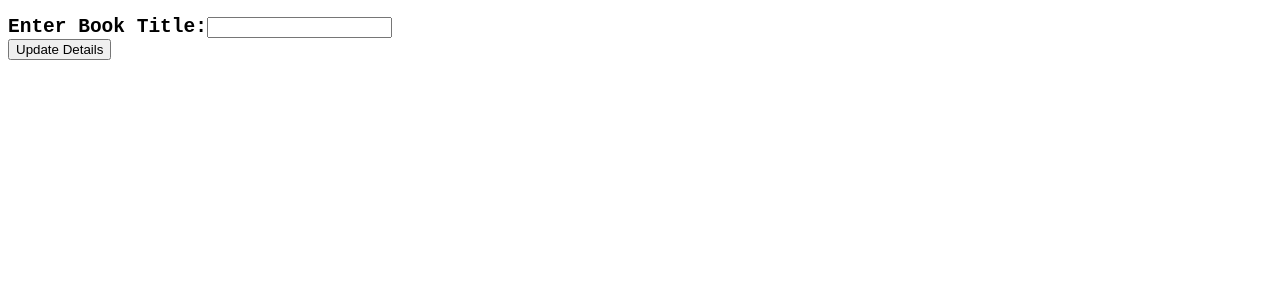
Repository: Bhakti-Belan/Web_Based_Java_Assignment
Page: http://localhost/Online_Bookshop/updateBook.jsp
An editor plug-in stored every save of this project. The page is shown before and after the next save, followed by the edit.
The browser window is 1280 px wide. The pictures show the whole page.
The page is served by Tomcat 10. Nobody is signed in. The application's start-up code is not run.

Above is the page before, as saved 2025-04-25 03:38:00.

After the next save:
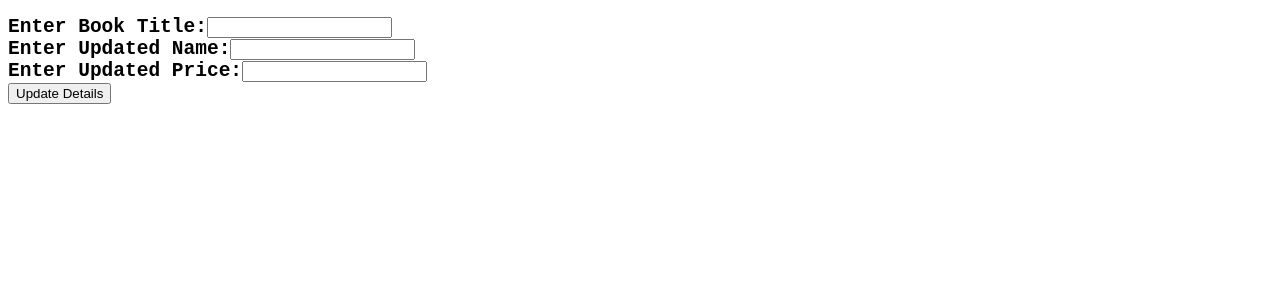
Saved 2 h 30 min later.
--- a/Online_Bookshop/src/main/webapp/updateBook.jsp
+++ b/Online_Bookshop/src/main/webapp/updateBook.jsp
@@ -10,6 +10,8 @@
 <form action="updateBook" method="post">
 <pre>
 <h2>Enter Book Title:<input type="text" name="title">
+Enter Updated Name:<input type="text" name="utTitle">
+Enter Updated Price:<input type="text" name="price">
 <input type="submit" value="Update Details"></h2>
 </pre>
 </form>
